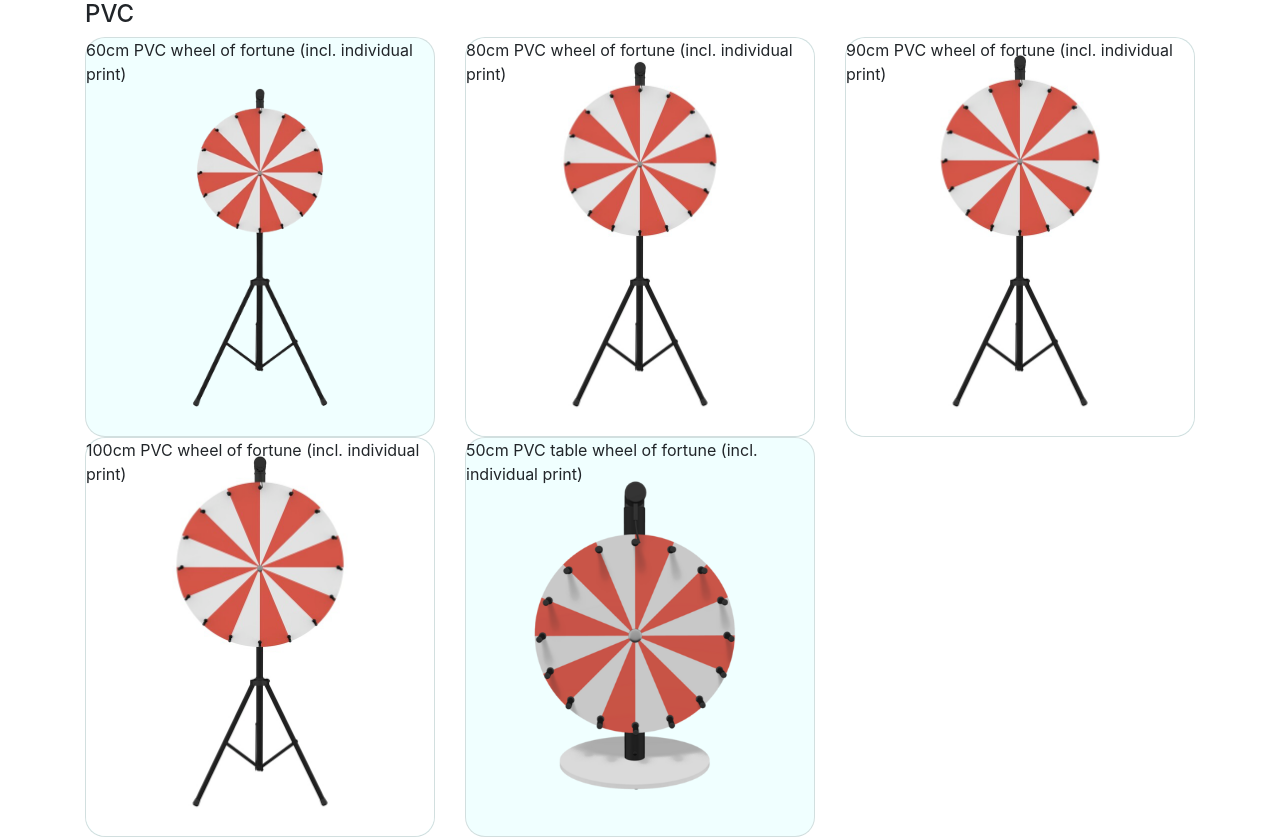
Repository: Awaisp-irfan/fahad-project
Page: pvc.html
An editor plug-in stored every save of this project. The page is shown before and after the next save, followed by the edit.
The browser window is 1280 px wide. The pictures show the whole page.

Above is the page before, as saved 2022-06-30 08:19:48.

### pvc.html
<!DOCTYPE html>
<html lang="en">
<head>
    <meta charset="UTF-8">
    <meta http-equiv="X-UA-Compatible" content="IE=edge">
    <meta name="viewport" content="width=device-width, initial-scale=1.0">
    <link
    rel="stylesheet"
    href="https://cdn.jsdelivr.net/npm/bootstrap@4.6.1/dist/css/bootstrap.min.css"
    integrity="sha384-zCbKRCUGaJDkqS1kPbPd7TveP5iyJE0EjAuZQTgFLD2ylzuqKfdKlfG/eSrtxUkn"
    crossorigin="anonymous"
  />

  <link rel="stylesheet" href="./style.css" />
    <title>Document</title>
</head>
<body>
    <div class="container">
        <div class="row">
            <div class="col-lg-12">
                <h4 class="heading">PVC</h4>
            </div>
        </div>

        <div class="row">
            <div class="col-lg-4">
                <div class="card img-div">
                    <div class="cm60">60cm PVC wheel of fortune (incl. individual print)</div>
                </div>
            </div>
            <div class="col-lg-4">
                <div class="card img-div">
                    <div class="cm80">80cm PVC wheel of fortune (incl. individual print)</div>
                </div>
            </div>
            <div class="col-lg-4">
                <div class="card img-div">
                    <div class="cm90">90cm PVC wheel of fortune (incl. individual print)</div>
                </div>
            </div>
            <div class="col-lg-4">
                <div class="card img-div">
                    <div class="cm100">100cm PVC wheel of fortune (incl. individual print)</div>
                </div>
            </div>
            <div class="col-lg-4">
                <div class="card img-div">
                    <div class="cm50">50cm PVC table wheel of fortune (incl. individual print)</div>
                </div>
            </div>
        </div>
    </div>
</body>
</html>

### style.css
.pvc{
    background-image: url(./assests/2289977149.jpg);
    background-size: cover;
    background-position: center;
    background-repeat: no-repeat;
    height: 100%;
    border-radius: 20px;
}

.col-lg-4>a > .img-div{
    height: 400px;
    border-radius: 20px;
}
.col-lg-4>.img-div{
    height: 400px;
    border-radius: 20px;
    background-color: azure;
}
.wooden{
    background-image: url(./assests/wooden.jpg);
    background-size: cover;
    background-position: center;
    background-repeat: no-repeat;
    height: 100%;
    border-radius: 20px;
}

.display{
    background-image: url(./assests/display.jpg);
    background-size: cover;
    background-position: center;
    background-repeat: no-repeat;
    height: 100%;
    border-radius: 20px;
}
.cm60{
    background: url(./assests/60cm_PVC-removebg-preview.png);

    background-size: cover;
    background-position: center;
    background-repeat: no-repeat;
    height: 100%;
    border-radius: 20px;
}

.cm80{
    background: url(./assests/80cm\ PVC.jpg);

    background-size: cover;
    background-position: center;
    background-repeat: no-repeat;
    height: 100%;
    border-radius: 20px;
}

.cm90{
    background: url(./assests/90cm\ PVC.jpg);

    background-size: cover;
    background-position: center;
    background-repeat: no-repeat;
    height: 100%;
    border-radius: 20px;
}
.cm100{
    background: url(./assests/100cm\ PVC.jpg);

    background-size: cover;
    background-position: center;
    background-repeat: no-repeat;
    height: 100%;
    border-radius: 20px;
}

.cm50{
    background: url(./assests//50cm\ PVC.png);

    background-size: cover;
    background-position: center;
    background-repeat: no-repeat;
    height: 100%;
    border-radius: 20px;
}

After the next save:
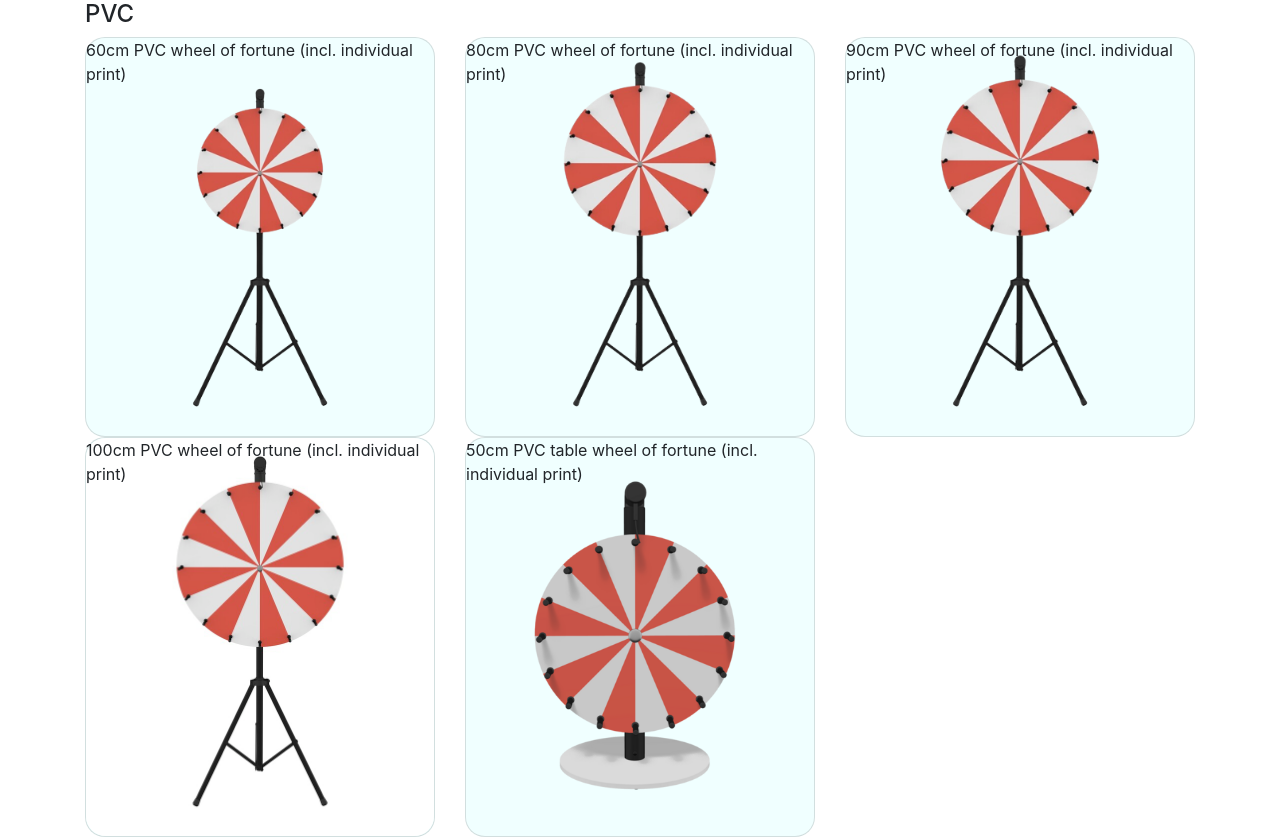
Saved 36 s later.
--- a/style.css
+++ b/style.css
@@ -44,7 +44,7 @@
 }
 
 .cm80{
-    background: url(./assests/80cm\ PVC.jpg);
+    background: url(./assests/80cm_PVC-removebg-preview.png);
 
     background-size: cover;
     background-position: center;
@@ -54,7 +54,7 @@
 }
 
 .cm90{
-    background: url(./assests/90cm\ PVC.jpg);
+    background: url(./assests/90cm_PVC-removebg-preview.png);
 
     background-size: cover;
     background-position: center;
